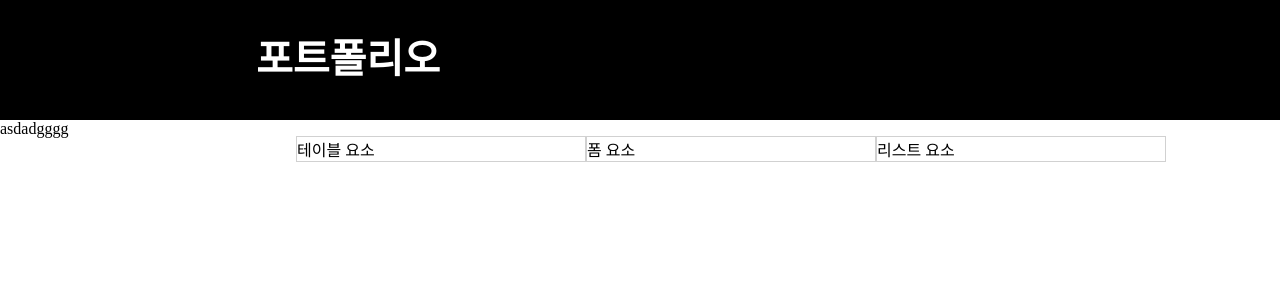
Repository: ItChoi/CSS-Study
Page: Css/WebContent/html/boostcourse/project-A1/portfolio.html
An editor plug-in stored every save of this project. The page is shown before and after the next save, followed by the edit.
The browser window is 1280 px wide. The pictures show the whole page.

Above is the page before, as saved 2019-06-18 09:43:03.

### Css/WebContent/html/boostcourse/project-A1/portfolio.html
<!DOCTYPE html>
<html>
<head>
	<link href="../../../css/boostcourse/project-A1/portfolio.css" rel="stylesheet" type="text/css">

</head>
<body>
	<div class="wrap">

		<div class="header">

		</div>

		<div class="content">

			<div class="con_header">
				<p class="title">포트폴리오</p>
			</div>

			<div class="con_content">

				<div class="button_list">
					<ul>
						<li class="button_elements">테이블 요소</li>
						<li class="button_elements">폼 요소</li>
						<li class="button_elements">리스트 요소</li>
					</ul>
				</div>

			</div>

		</div>

		<div class="footer">
		asdadgggg
		</div>


	</div>

</body>
</html>

### Css/WebContent/css/boostcourse/project-A1/portfolio.css
html, body, .wrap {
	margin: 0px;
	padding: 0px;
}

.header {
	width: 100%;
	height: 120px;
	background: #000;

	position: relative;

}

.content {
	position: absolute;
	top: 0;
	left: 20%;
	right: 20%;
	min-width: 1000px;
}

.con_header {
	height: 120px;
}

.title {
	margin: 0px;
	color: #fff;
	font-size: 40px;
	font-weight: bold;
	line-height: 120px;
}

.con_content {
	width: 100%;
	padding: 0 40 0 40;
}

ul {
	list-style: none;
}

.button_elements {
	float: left;
	border:  1px solid #d1d1d1;
	width: 30%;
}

.button_elements:HOVER {
	background-color: #454545;
	font-weight: bold;
}

After the next save:
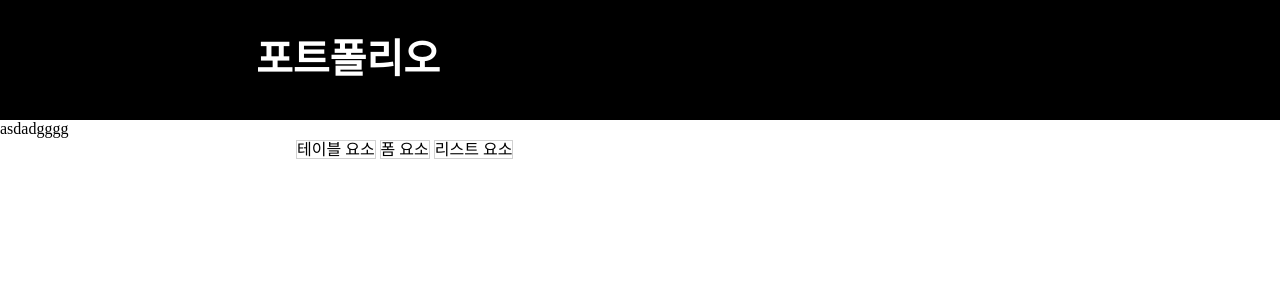
Saved 8 min 25 s later.
--- a/Css/WebContent/css/boostcourse/project-A1/portfolio.css
+++ b/Css/WebContent/css/boostcourse/project-A1/portfolio.css
@@ -42,7 +42,7 @@ ul {
 }
 
 .button_elements {
-	float: left;
+	display: inline;
 	border:  1px solid #d1d1d1;
 	width: 30%;
 }
